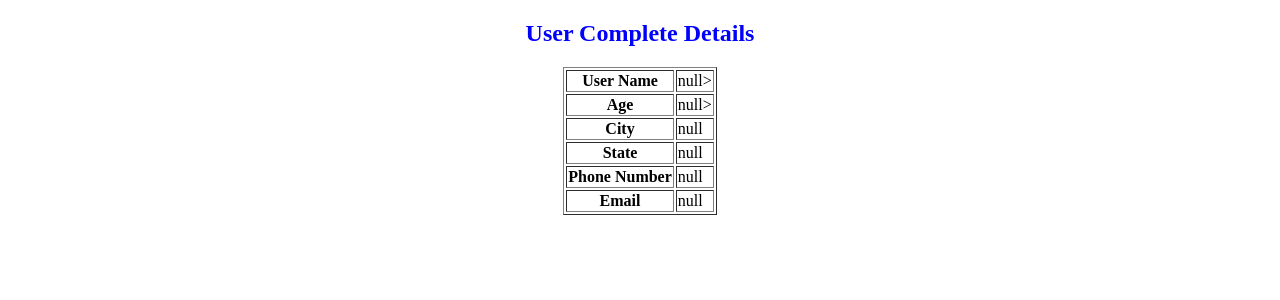
Repository: choubeyshubham018/CompleteJavaQuestions
Page: http://localhost/Ques_16_SessionManagement/display.jsp
An editor plug-in stored every save of this project. The page is shown before and after the next save, followed by the edit.
The browser window is 1280 px wide. The pictures show the whole page.
The page is served by Tomcat 9.

Above is the page before, as saved 2023-09-19 16:09:38.

After the next save:
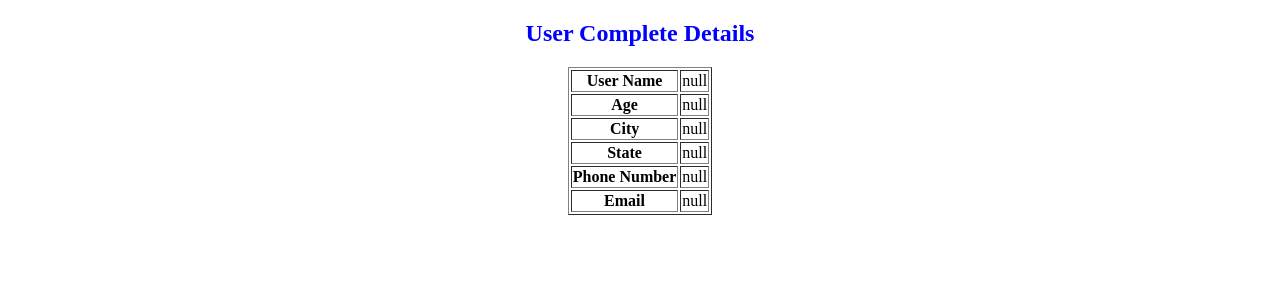
Saved 2 min 9 s later.
--- a/Servlet Assignment/Ques_16_SessionManagement/src/main/webapp/display.jsp
+++ b/Servlet Assignment/Ques_16_SessionManagement/src/main/webapp/display.jsp
@@ -11,11 +11,11 @@
 <table border="1px" align="center">
 <tr>
 <th> User Name</th>
-<td><%= session.getAttribute("uname")%>></td>
+<td><%= session.getAttribute("uname")%></td>
 </tr>
 <tr>
 <th> Age</th>
-<td><%= session.getAttribute("uage")%>></td>
+<td><%= session.getAttribute("uage")%></td>
 </tr>
 <tr>
 <th> City</th>
